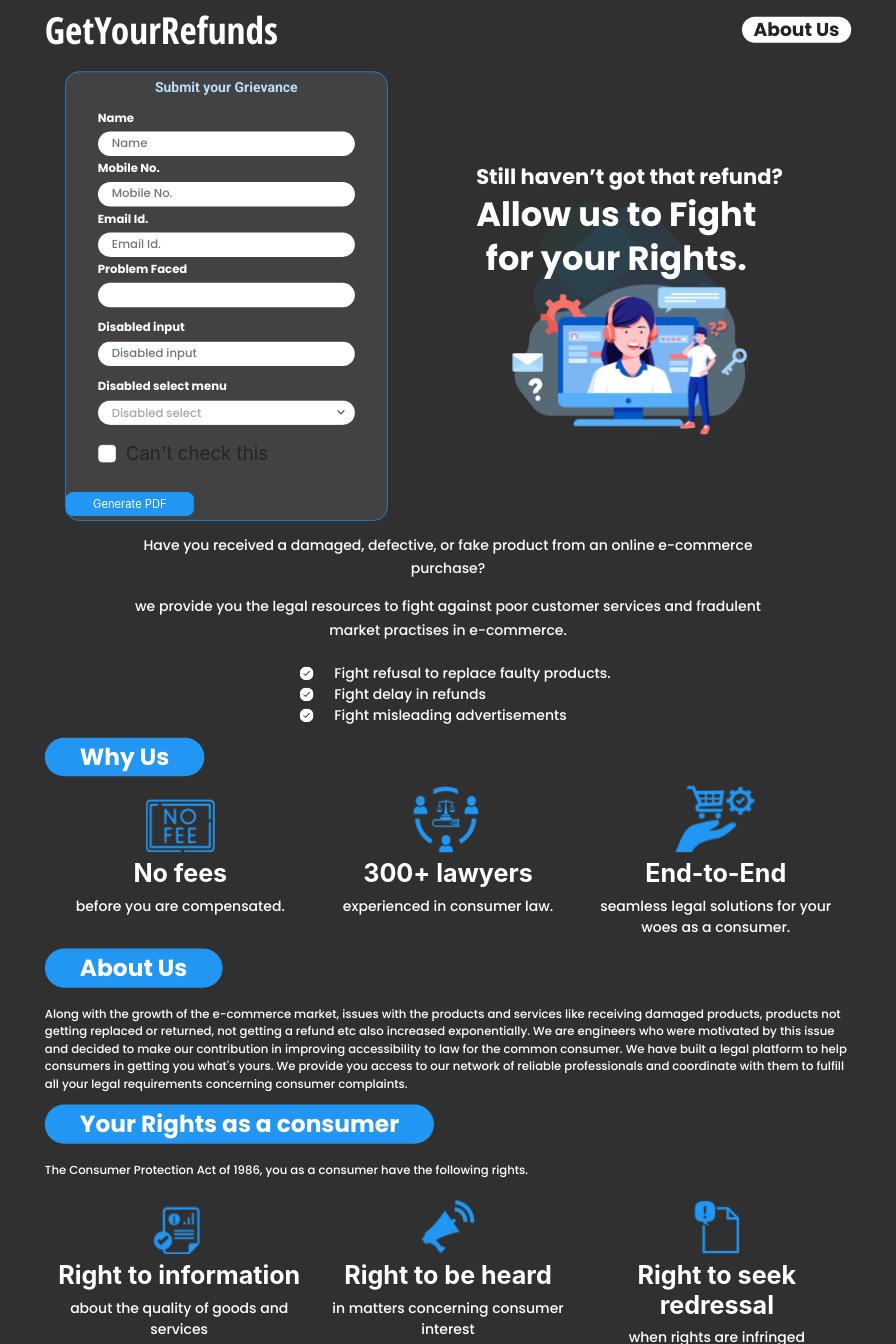
Repository: Eren00Yeager/initial-survey
Page: /consumer-complaints
The author's editor kept a copy of each file at every save. The page is drawn from the files as they stood at one save, then again after the next save.
The browser window is 1280 px wide. The pictures show the part of the page from y = 0 to 1920 px (the page is 2863 px tall before and 2831 px after), at 70% of full size.
Some web fonts or font styles are not loaded; a fallback is used. The project was rebuilt for these pictures with package versions that can differ from the ones it lists, and the page was loaded fresh each time. The framework's server and built-in components were replaced by stand-ins that run in the browser. Also part of the build but not shown: next.config.js.

Above is the page before, as saved 2022-07-14 11:59:20.

After the next save:
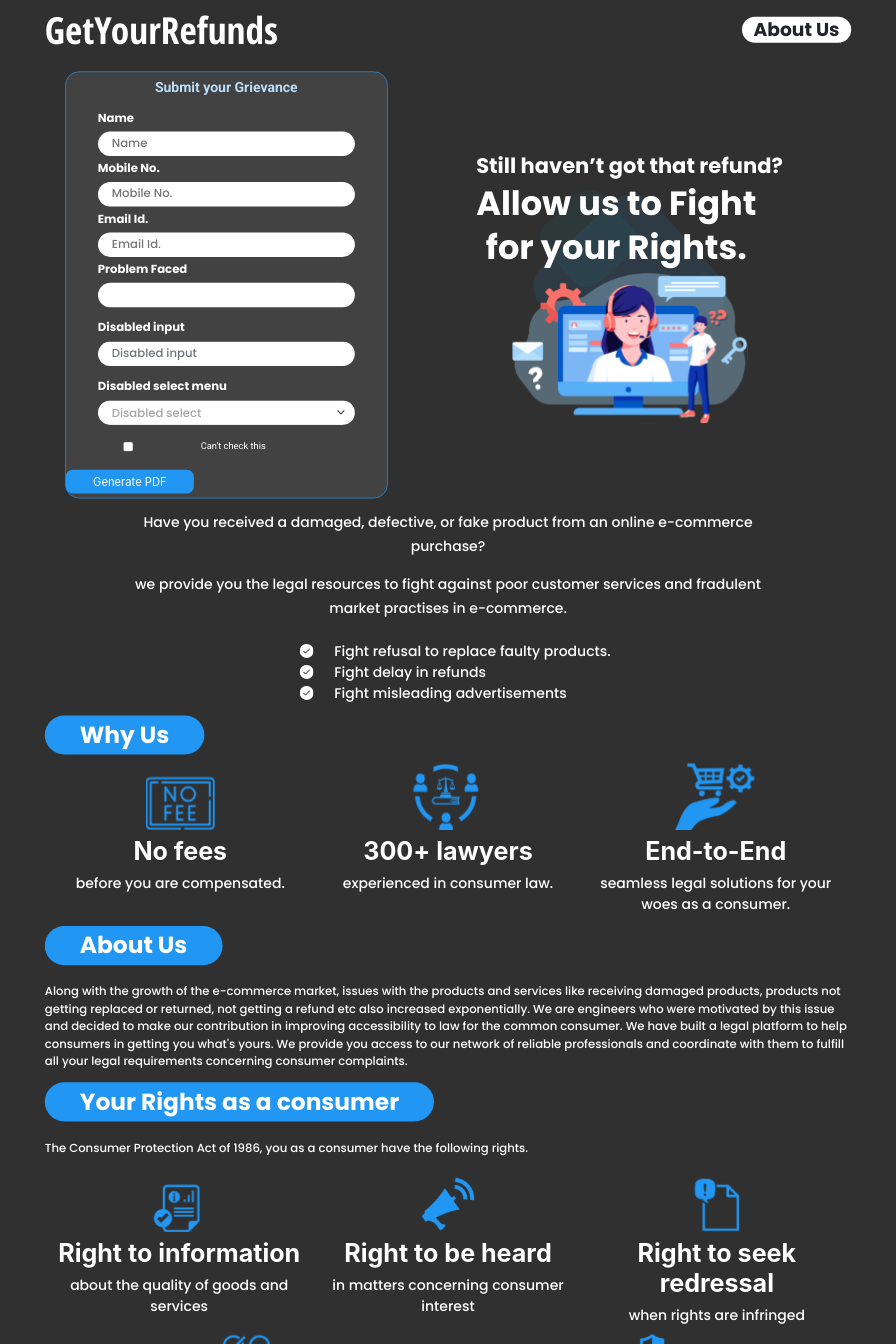
Saved 70 s later.
--- a/pages/consumer-complaints.jsx
+++ b/pages/consumer-complaints.jsx
@@ -148,7 +148,7 @@ export default function consumer() {
           <option>kskjdjnfojn</option>
         </Form.Select>
       </Form.Group>
-      <Form.Group className="mb-3">
+      <Form.Group className={consumerStyles.terms} >
         <Form.Check type="checkbox" label="Can't check this" />
       </Form.Group>
 
